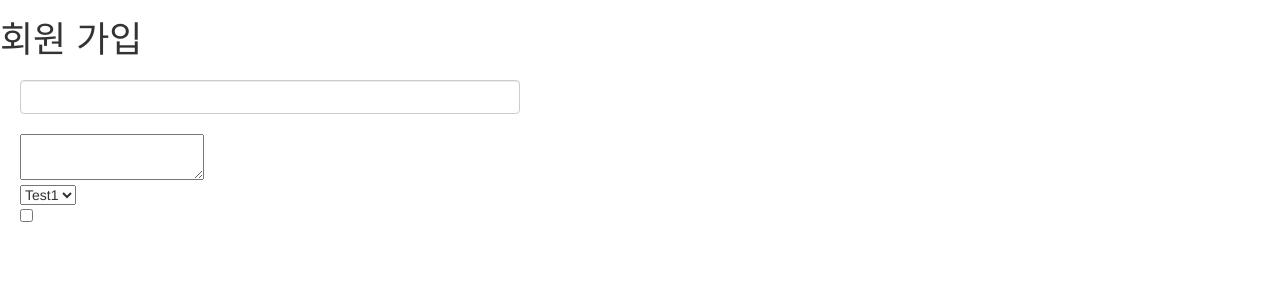
Repository: park-nahyun/BootstrapStudy
Page: BootstrapWork/WebContent/BootEx03.html
These files come from the project's save history. The page is drawn as it stood at one moment and after the next save; the edit follows.
The browser window is 1280 px wide. The pictures show the whole page.

Above is the page before, as saved 2021-07-01 03:48:23.

After the next save:
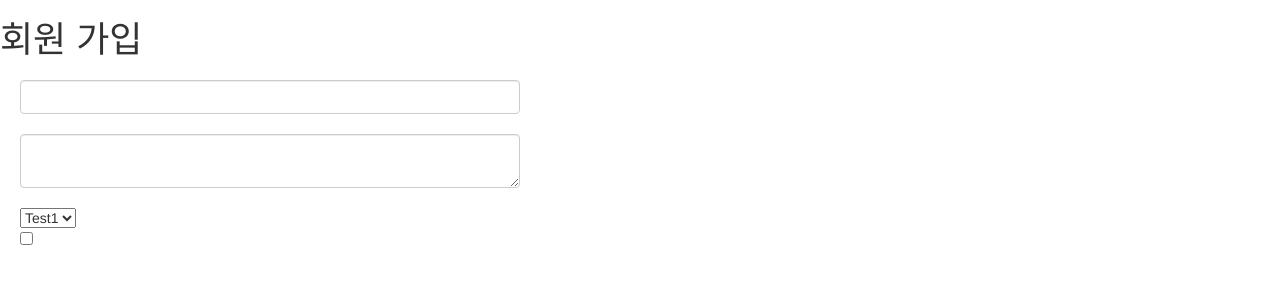
Saved 8 s later.
--- a/BootstrapWork/WebContent/BootEx03.html
+++ b/BootstrapWork/WebContent/BootEx03.html
@@ -18,7 +18,7 @@
 	<input type="text" class="form-control">
 	<br>
 
-	<textarea rows="" cols=""></textarea>
+	<textarea rows="" cols="" class="form-control"></textarea>
 	<br>
 
 	<select class="">
